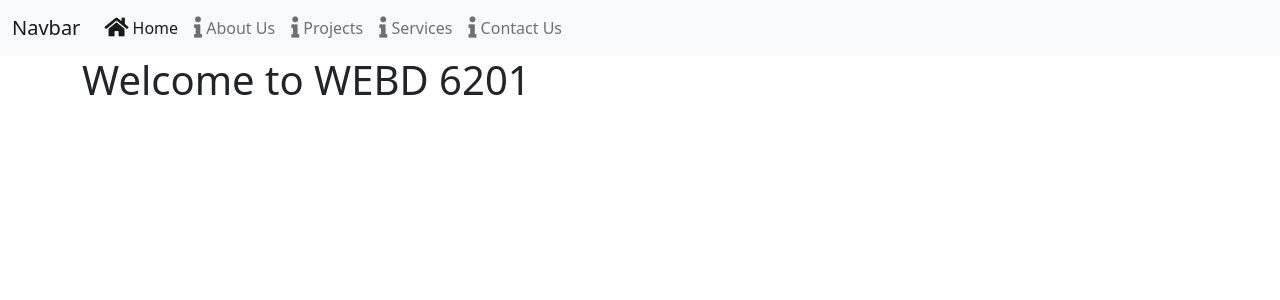
Repository: ErikHayward/WEBD6201-W2021-ICE1b
Page: index.html
These files come from the project's save history. The page is drawn as it stood at one moment and after the next save; the edit follows.
The browser window is 1280 px wide. The pictures show the whole page.

Above is the page before, as saved 2021-01-22 19:43:05.

After the next save:
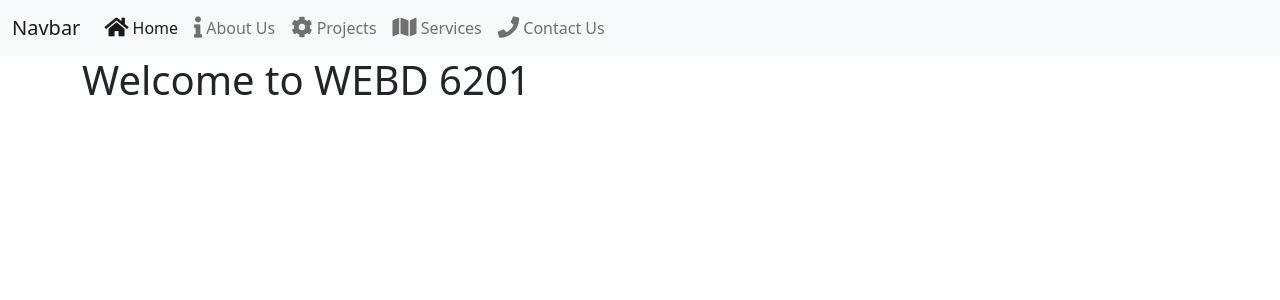
Saved 33 s later.
--- a/index.html
+++ b/index.html
@@ -30,15 +30,15 @@
                   </li>
 
                   <li class="nav-item">
-                    <a class="nav-link" aria-current="page" href="#"><i class="fas fa-info fa-lg"></i> Projects</a>
+                    <a class="nav-link" aria-current="page" href="#"><i class="fas fa-cog fa-lg"></i> Projects</a>
                   </li>
 
                   <li class="nav-item">
-                    <a class="nav-link" aria-current="page" href="#"><i class="fas fa-info fa-lg"></i> Services</a>
+                    <a class="nav-link" aria-current="page" href="#"><i class="fas fa-map fa-lg"></i> Services</a>
                   </li>
 
                   <li class="nav-item">
-                    <a class="nav-link" aria-current="page" href="#"><i class="fas fa-info fa-lg"></i> Contact Us</a>
+                    <a class="nav-link" aria-current="page" href="#"><i class="fas fa-phone fa-lg"></i> Contact Us</a>
                   </li>
 
                 </ul>
